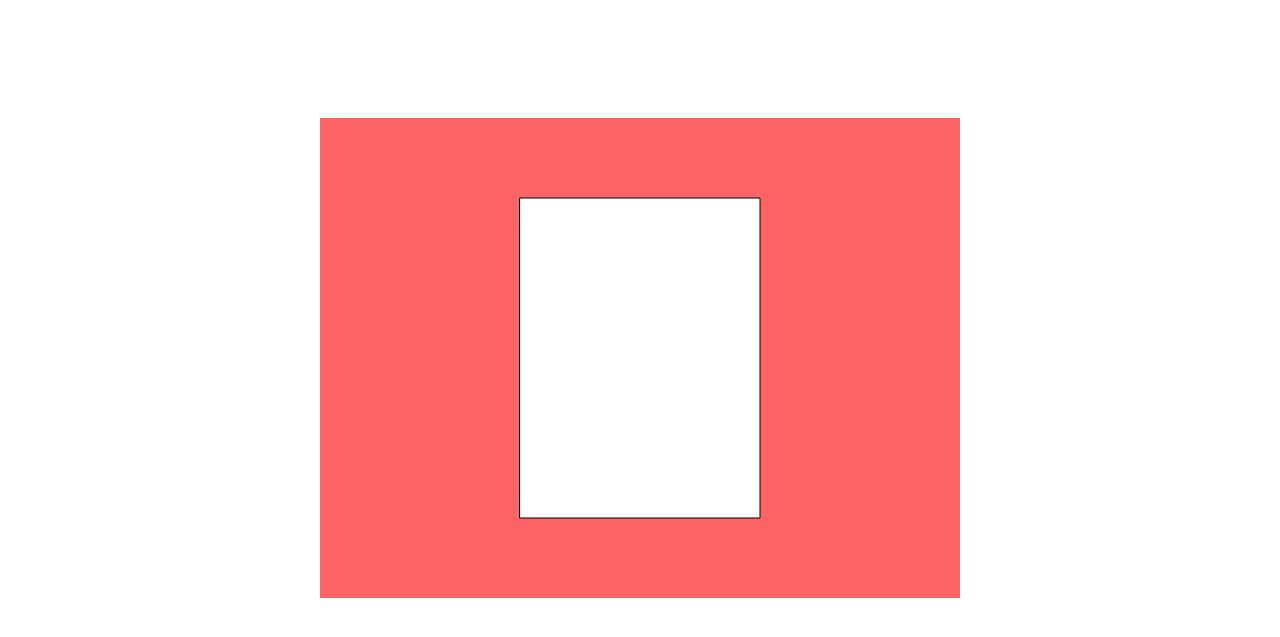
Repository: SeanHub-13/cart253
Page: topics/function-calls/index.html
These files come from the project's save history. The page is drawn as it stood at one moment and after the next save; the edit follows.
The browser window is 1280 px wide. The pictures show the whole page.

Above is the page before, as saved 2024-09-12 11:24:15.

After the next save:
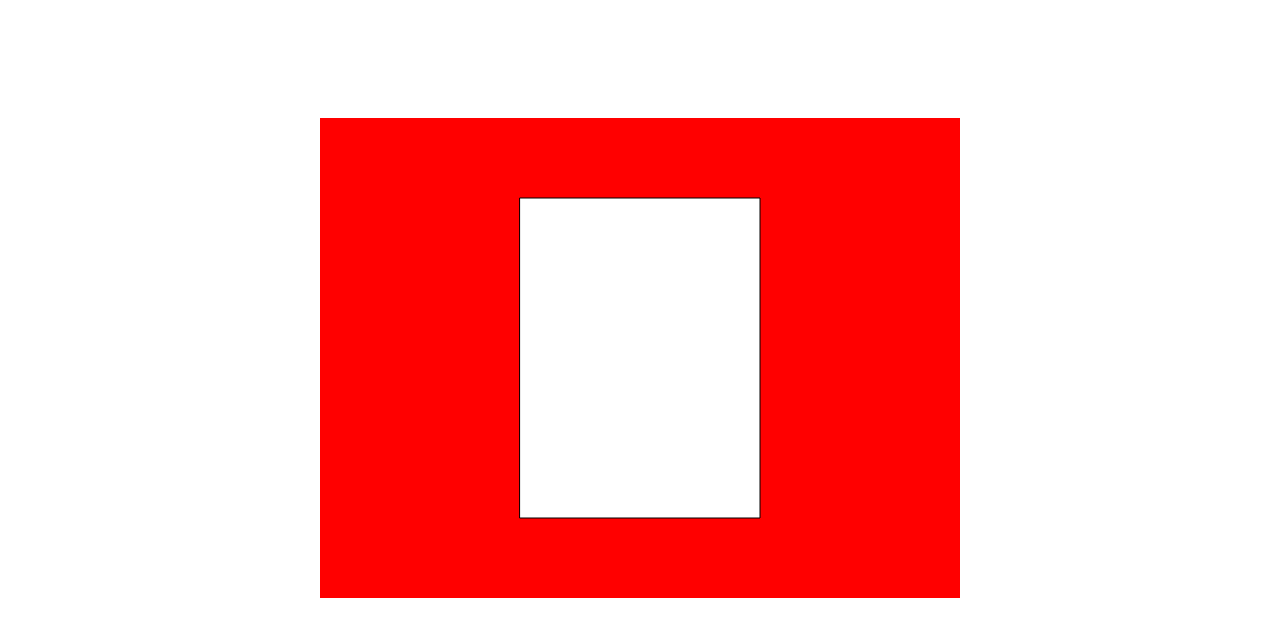
Saved 75 s later.
--- a/topics/function-calls/js/script.js
+++ b/topics/function-calls/js/script.js
@@ -20,6 +20,6 @@
  * OOPS I DIDN'T DESCRIBE WHAT MY DRAW DOES!
 */
 function draw() {
-    background(255, 100, 100);
+    background(255, 0, 0);
     rect(200, 80, 240, 320);
 }
